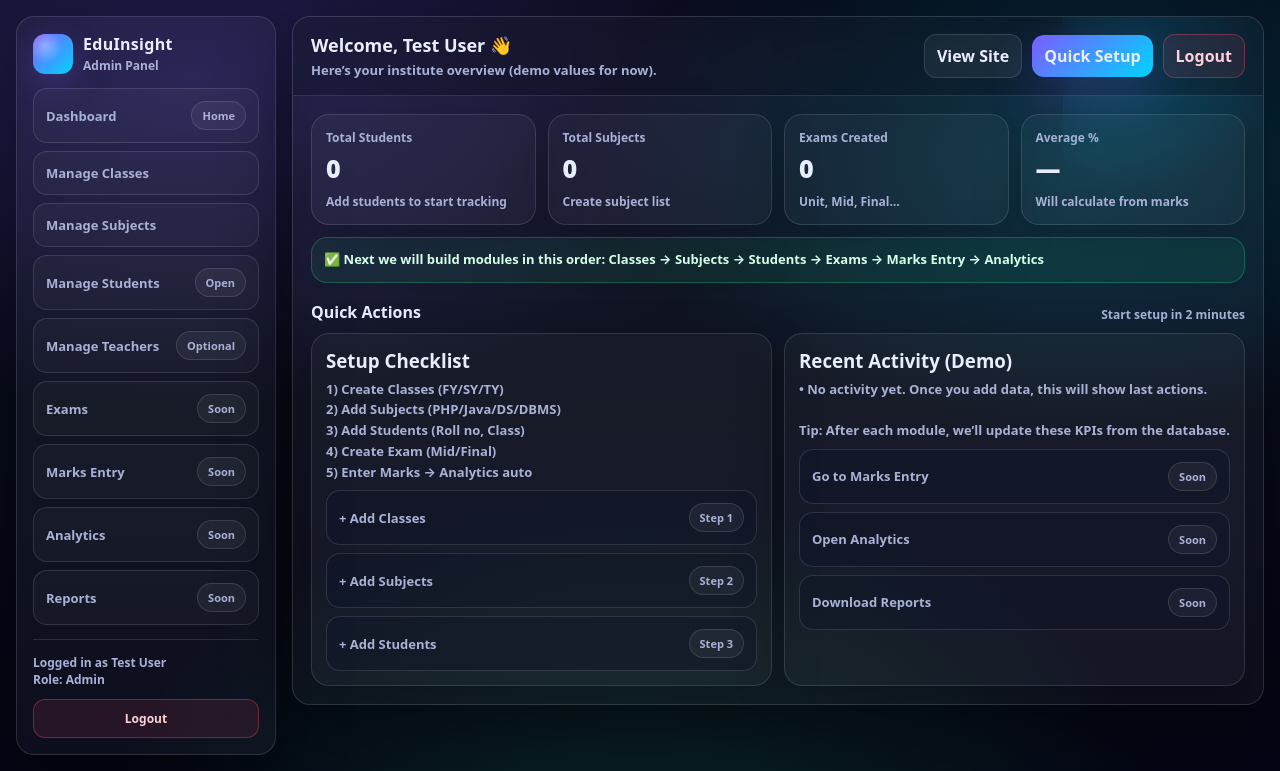
Repository: Kaifclash/EduInsight
Page: http://localhost/dashboard/admin_dashboard.php
The author's editor kept a copy of each file at every save. The page is drawn from the files as they stood at one save, then again after the next save.
The browser window is 1280 px wide. The pictures show the whole page.
The page is run by PHP 8.4 with error messages shown; the project is at /var/www/html/. The session is filled in as if someone had signed in: {"user_id": 1, "role": "admin", "full_name": "Test User"}. Other server files are loaded and not shown.

Above is the page before, as saved 2026-02-14 21:10:44.

### dashboard/admin_dashboard.php
<?php
session_start();
if (!isset($_SESSION["user_id"]) || ($_SESSION["role"] ?? "") !== "admin") {
  header("Location: ../login.html");
  exit;
}
$fullName = $_SESSION["full_name"] ?? "Admin";
?>
<!DOCTYPE html>
<html lang="en">
<head>
  <meta charset="UTF-8" />
  <meta name="viewport" content="width=device-width, initial-scale=1.0" />
  <title>EduInsight | Admin Dashboard</title>
  <style>
    :root{
      --bg:#070b1a;
      --card:#0f1736;
      --card2:#0b122a;
      --text:#e9eeff;
      --muted:#a9b2d6;
      --accent:#7c5cff;
      --accent2:#00d4ff;
      --good:#2dff9a;
      --warn:#ffcf5a;
      --danger:#ff4d6d;
      --border:rgba(255,255,255,.12);
      --shadow: 0 20px 70px rgba(0,0,0,.45);
      --radius:18px;
    }

    *{box-sizing:border-box;}

    body{
      margin:0;
      font-family: ui-sans-serif, system-ui, -apple-system, Segoe UI, Roboto, Arial;
      color:var(--text);
      background:
        radial-gradient(1200px 600px at 15% 10%, rgba(124,92,255,.25), transparent 55%),
        radial-gradient(900px 500px at 85% 20%, rgba(0,212,255,.20), transparent 55%),
        radial-gradient(900px 600px at 50% 110%, rgba(45,255,154,.12), transparent 60%),
        linear-gradient(180deg, #060816 0%, var(--bg) 55%, #040514 100%);
      min-height:100vh;
      overflow-x:hidden;
      overflow-y:auto; /* ✅ important */
    }

    a{color:inherit;text-decoration:none;}

    /* ✅ Full width responsive layout */
    .layout{
      width:100%;
      max-width:1400px;
      margin: 16px auto;
      padding: 0 16px;
      display:grid;
      grid-template-columns: 260px 1fr;
      gap:16px;
      align-items:start;
    }

    /* Sidebar */
    .sidebar{
      border:1px solid var(--border);
      border-radius: var(--radius);
      background: rgba(255,255,255,.04);
      box-shadow: var(--shadow);
      overflow:hidden;
      padding:16px;

      /* ✅ remove fixed height / sticky */
      position: relative;
      min-height: calc(100vh - 32px);
    }

    .brand{
      display:flex; align-items:center; gap:10px;
      font-weight:900;
      letter-spacing:.3px;
      margin-bottom:14px;
    }
    .logo{
      width:40px; height:40px;
      border-radius:12px;
      background:
        radial-gradient(circle at 30% 30%, rgba(255,255,255,.35), transparent 45%),
        linear-gradient(135deg, var(--accent), var(--accent2));
      box-shadow: 0 10px 30px rgba(124,92,255,.25);
    }
    .brand small{
      display:block;
      font-weight:650;
      color:var(--muted);
      margin-top:2px;
      font-size:12px;
      letter-spacing:0;
    }

    .nav{
      margin-top:10px;
      display:grid;
      gap:8px;
    }
    .nav a{
      padding:12px 12px;
      border:1px solid var(--border);
      border-radius: 14px;
      background: rgba(255,255,255,.03);
      color: var(--muted);
      font-weight:800;
      font-size:13px;
      display:flex;
      align-items:center;
      justify-content:space-between;
      transition:.18s ease;
    }
    .nav a:hover{
      transform: translateY(-1px);
      background: rgba(255,255,255,.06);
      color: var(--text);
    }
    .pill{
      font-size:11px;
      font-weight:900;
      padding:6px 10px;
      border-radius:999px;
      border:1px solid var(--border);
      background: rgba(255,255,255,.05);
      color: var(--muted);
    }

    .side-footer{
      margin-top:14px;
      border-top:1px solid var(--border);
      padding-top:14px;
      color: var(--muted);
      font-size:12px;
      font-weight:650;
      line-height:1.45;
    }

    /* Main */
    .main{
      border:1px solid var(--border);
      border-radius: var(--radius);
      background: rgba(255,255,255,.04);
      box-shadow: var(--shadow);
      overflow:hidden;
      position:relative;

      /* ✅ always fills screen */
      min-height: calc(100vh - 32px);
    }

    .main::before{
      content:"";
      position:absolute;
      inset:-60px -60px auto auto;
      width:260px; height:260px;
      background: radial-gradient(circle at 30% 30%, rgba(0,212,255,.18), transparent 60%);
      pointer-events:none;
    }

    /* Topbar */
    .topbar{
      display:flex;
      align-items:center;
      justify-content:space-between;
      gap:12px;
      padding:16px 18px;
      border-bottom:1px solid var(--border);
      backdrop-filter: blur(10px);
      background: rgba(7,11,26,.30);
      position:sticky;
      top:0;
      z-index:5;
    }

    .hello b{font-size:18px;}
    .hello div{color:var(--muted); font-weight:700; font-size:13px; margin-top:4px;}

    .actions{
      display:flex;
      gap:10px;
      align-items:center;
      flex-wrap:wrap;
    }

    .btn{
      border:1px solid var(--border);
      background: rgba(255,255,255,.06);
      color:var(--text);
      padding:10px 12px;
      border-radius:12px;
      font-weight:900;
      cursor:pointer;
      transition:.18s ease;
      display:inline-flex;
      gap:10px;
      align-items:center;
      justify-content:center;
      user-select:none;
      white-space:nowrap;
    }
    .btn:hover{transform: translateY(-1px); background: rgba(255,255,255,.10);}
    .btn-primary{
      border:none;
      background: linear-gradient(135deg, var(--accent), var(--accent2));
      box-shadow: 0 18px 50px rgba(124,92,255,.25);
    }
    .btn-danger{
      border:1px solid rgba(255,77,109,.35);
      background: rgba(255,77,109,.10);
      color: #ffd1d9;
    }

    /* Content */
    .content{padding:18px;}

    .grid{
      display:grid;
      grid-template-columns: repeat(4, 1fr);
      gap:12px;
    }

    .card{
      border:1px solid var(--border);
      border-radius: var(--radius);
      background: rgba(255,255,255,.03);
      padding:14px;
      box-shadow: 0 18px 50px rgba(0,0,0,.22);
    }
    .kpi .label{color:var(--muted); font-weight:900; font-size:12px;}
    .kpi .value{font-size:24px; font-weight:1000; margin-top:6px;}
    .kpi .sub{margin-top:8px; color:var(--muted); font-weight:700; font-size:12px;}

    .section-title{
      display:flex;
      align-items:flex-end;
      justify-content:space-between;
      gap:12px;
      margin:18px 0 10px;
    }
    .section-title h2{margin:0; font-size:16px;}
    .section-title p{margin:0; color:var(--muted); font-weight:700; font-size:12px;}

    .two{
      display:grid;
      grid-template-columns: 1fr 1fr;
      gap:12px;
    }

    .list a{
      display:flex;
      align-items:center;
      justify-content:space-between;
      padding:12px;
      border:1px solid var(--border);
      border-radius: 14px;
      background: rgba(11,18,42,.30);
      margin-top:8px;
      color: var(--muted);
      font-weight:850;
      font-size:13px;
      transition:.18s ease;
    }
    .list a:hover{transform: translateY(-1px); background: rgba(255,255,255,.06); color: var(--text);}
    .tag{
      font-size:11px;
      font-weight:900;
      padding:6px 10px;
      border-radius:999px;
      border:1px solid var(--border);
      background: rgba(255,255,255,.05);
      color: var(--muted);
    }

    .note{
      margin-top:12px;
      padding:12px;
      border-radius: 16px;
      border:1px solid rgba(45,255,154,.25);
      background: rgba(45,255,154,.08);
      color:#d6ffe9;
      font-weight:800;
      font-size:13px;
      line-height:1.5;
    }

    /* ✅ Responsive */
    @media (max-width: 1050px){
      .layout{grid-template-columns: 1fr;}
      .sidebar{min-height:auto;}
      .grid{grid-template-columns: repeat(2, 1fr);}
      .two{grid-template-columns:1fr;}
    }
    @media (max-width: 520px){
      .grid{grid-template-columns:1fr;}
      .actions{width:100%;}
      .btn{flex:1;}
    }
  </style>
</head>
<body>

  <div class="layout">
    <!-- Sidebar -->
    <aside class="sidebar">
      <div class="brand">
        <div class="logo"></div>
        <div>
          EduInsight
          <small>Admin Panel</small>
        </div>
      </div>

      <div class="nav">
        <a href="admin_dashboard.php">Dashboard <span class="pill">Home</span></a>
        <a href="classes.php">Manage Classes</a>
        <a href="subjects.php">Manage Subjects</a>
        <a href="students.php">Manage Students <span class="pill">Open</span></a>        <a href="#" onclick="return comingSoon('Teachers');">Manage Teachers <span class="pill">Optional</span></a>
        <a href="#" onclick="return comingSoon('Exams');">Exams <span class="pill">Soon</span></a>
        <a href="#" onclick="return comingSoon('Marks Entry');">Marks Entry <span class="pill">Soon</span></a>
        <a href="#" onclick="return comingSoon('Analytics');">Analytics <span class="pill">Soon</span></a>
        <a href="#" onclick="return comingSoon('Reports');">Reports <span class="pill">Soon</span></a>
      </div>

      <div class="side-footer">
        Logged in as <b><?php echo htmlspecialchars($fullName); ?></b><br>
        Role: <b>Admin</b><br>
        <div style="margin-top:10px;">
          <a class="btn btn-danger" href="../logout.php" style="width:100%; text-align:center; display:inline-flex; justify-content:center;">Logout</a>
        </div>
      </div>
    </aside>

    <!-- Main -->
    <main class="main">
      <div class="topbar">
        <div class="hello">
          <b>Welcome, <?php echo htmlspecialchars($fullName); ?> 👋</b>
          <div>Here’s your institute overview (demo values for now).</div>
        </div>

        <div class="actions">
          <a class="btn" href="../index.html">View Site</a>
          <a class="btn btn-primary" href="#" onclick="return comingSoon('Quick Setup');">Quick Setup</a>
          <a class="btn btn-danger" href="../logout.php">Logout</a>
        </div>
      </div>

      <div class="content">
        <div class="grid">
          <div class="card kpi">
            <div class="label">Total Students</div>
            <div class="value" id="kStudents">0</div>
            <div class="sub">Add students to start tracking</div>
          </div>
          <div class="card kpi">
            <div class="label">Total Subjects</div>
            <div class="value" id="kSubjects">0</div>
            <div class="sub">Create subject list</div>
          </div>
          <div class="card kpi">
            <div class="label">Exams Created</div>
            <div class="value" id="kExams">0</div>
            <div class="sub">Unit, Mid, Final…</div>
          </div>
          <div class="card kpi">
            <div class="label">Average %</div>
            <div class="value" id="kAvg">—</div>
            <div class="sub">Will calculate from marks</div>
          </div>
        </div>

        <div class="note">
          ✅ Next we will build modules in this order:
          <b>Classes → Subjects → Students → Exams → Marks Entry → Analytics</b>
        </div>

        <div class="section-title">
          <h2>Quick Actions</h2>
          <p>Start setup in 2 minutes</p>
        </div>

        <div class="two">
          <div class="card">
            <h3 style="margin:0 0 6px;">Setup Checklist</h3>
            <div style="color:var(--muted); font-weight:700; font-size:13px; line-height:1.6;">
              1) Create Classes (FY/SY/TY)<br>
              2) Add Subjects (PHP/Java/DS/DBMS)<br>
              3) Add Students (Roll no, Class)<br>
              4) Create Exam (Mid/Final)<br>
              5) Enter Marks → Analytics auto
            </div>

            <div class="list">
              <a href="#" onclick="return comingSoon('Classes');">+ Add Classes <span class="tag">Step 1</span></a>
              <a href="#" onclick="return comingSoon('Subjects');">+ Add Subjects <span class="tag">Step 2</span></a>
              <a href="#" onclick="return comingSoon('Students');">+ Add Students <span class="tag">Step 3</span></a>
            </div>
          </div>

          <div class="card">
            <h3 style="margin:0 0 6px;">Recent Activity (Demo)</h3>
            <div style="color:var(--muted); font-weight:700; font-size:13px; line-height:1.6;">
              • No activity yet. Once you add data, this will show last actions.<br><br>
              Tip: After each module, we’ll update these KPIs from the database.
            </div>

            <div class="list">
              <a href="#" onclick="return comingSoon('Marks Entry');">Go to Marks Entry <span class="tag">Soon</span></a>
              <a href="#" onclick="return comingSoon('Analytics');">Open Analytics <span class="tag">Soon</span></a>
              <a href="#" onclick="return comingSoon('Reports');">Download Reports <span class="tag">Soon</span></a>
            </div>
          </div>
        </div>

      </div>
    </main>
  </div>

  <script>
    function comingSoon(name){
      alert(name + " module next step me banayenge 👍");
      return false;
    }
  </script>

</body>
</html>

After the next save:
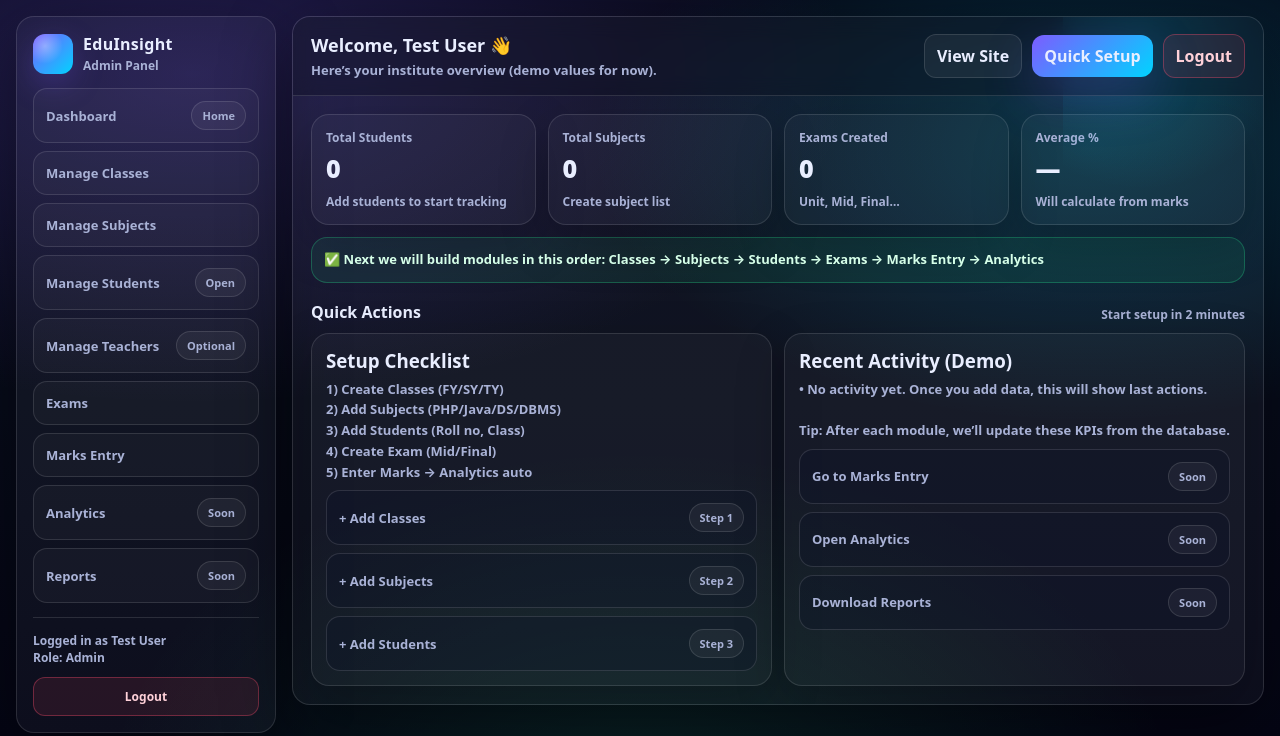
Saved 2 min 23 s later.
--- a/dashboard/admin_dashboard.php
+++ b/dashboard/admin_dashboard.php
@@ -319,8 +319,9 @@ $fullName = $_SESSION["full_name"] ?? "Admin";
         <a href="classes.php">Manage Classes</a>
         <a href="subjects.php">Manage Subjects</a>
         <a href="students.php">Manage Students <span class="pill">Open</span></a>        <a href="#" onclick="return comingSoon('Teachers');">Manage Teachers <span class="pill">Optional</span></a>
-        <a href="#" onclick="return comingSoon('Exams');">Exams <span class="pill">Soon</span></a>
-        <a href="#" onclick="return comingSoon('Marks Entry');">Marks Entry <span class="pill">Soon</span></a>
+       <a href="exams.php">Exams</a>
+<a href="marks_entry.php">Marks Entry</a>
+
         <a href="#" onclick="return comingSoon('Analytics');">Analytics <span class="pill">Soon</span></a>
         <a href="#" onclick="return comingSoon('Reports');">Reports <span class="pill">Soon</span></a>
       </div>
